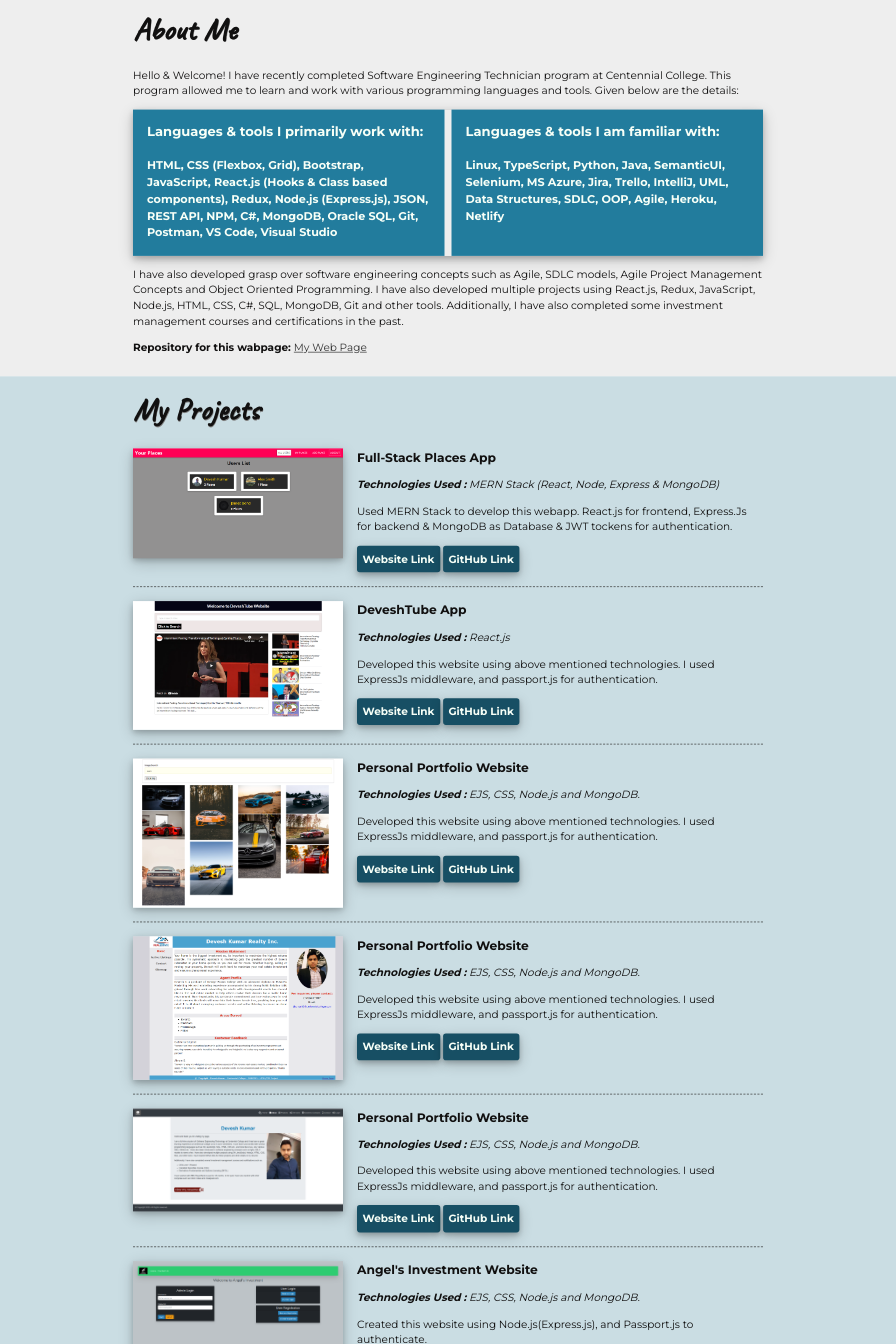
Repository: My-Web-Page/MyWebPage
Page: index.html
These files come from the project's save history. The page is drawn as it stood at one moment and after the next save; the edit follows.
The browser window is 1280 px wide. The pictures show the part of the page from y = 581 to 2501 px (the page is 4796 px tall), at 70% of full size.
Some web libraries are served in a nearby version.

Above is the page before, as saved 2021-09-06 23:28:04.

After the next save:
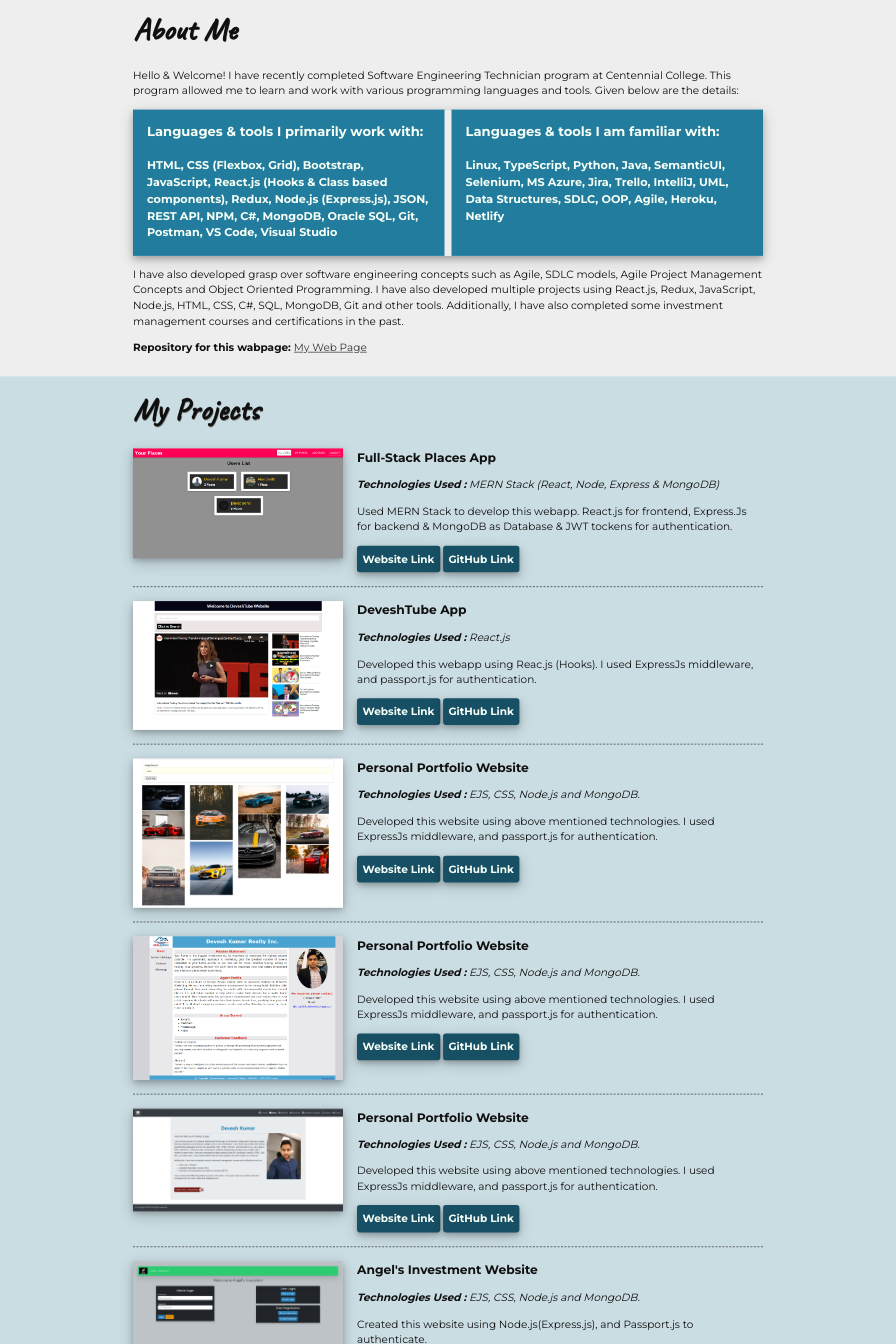
Saved 39 s later.
--- a/index.html
+++ b/index.html
@@ -99,7 +99,7 @@
                     <img class="project-image" src="./assets/images/deveshtube.png" alt="DeveshTube App">
                     <h3>DeveshTube App</h3>
                     <p> <strong>Technologies Used :</strong> React.js</p>
-                    <p>Developed this website using above mentioned technologies. I used ExpressJs middleware, and passport.js for authentication.
+                    <p>Developed this webapp using Reac.js (Hooks). I used ExpressJs middleware, and passport.js for authentication.
                     </p>
                     <a class="btn" href="https://github.com/portretrieve/reactApp-DeveshTube-using-hooks" target="_blank">Website Link</a>
                     <a class="btn" href="https://blissful-pasteur-e62546.netlify.app/" target="_blank">GitHub Link</a>
